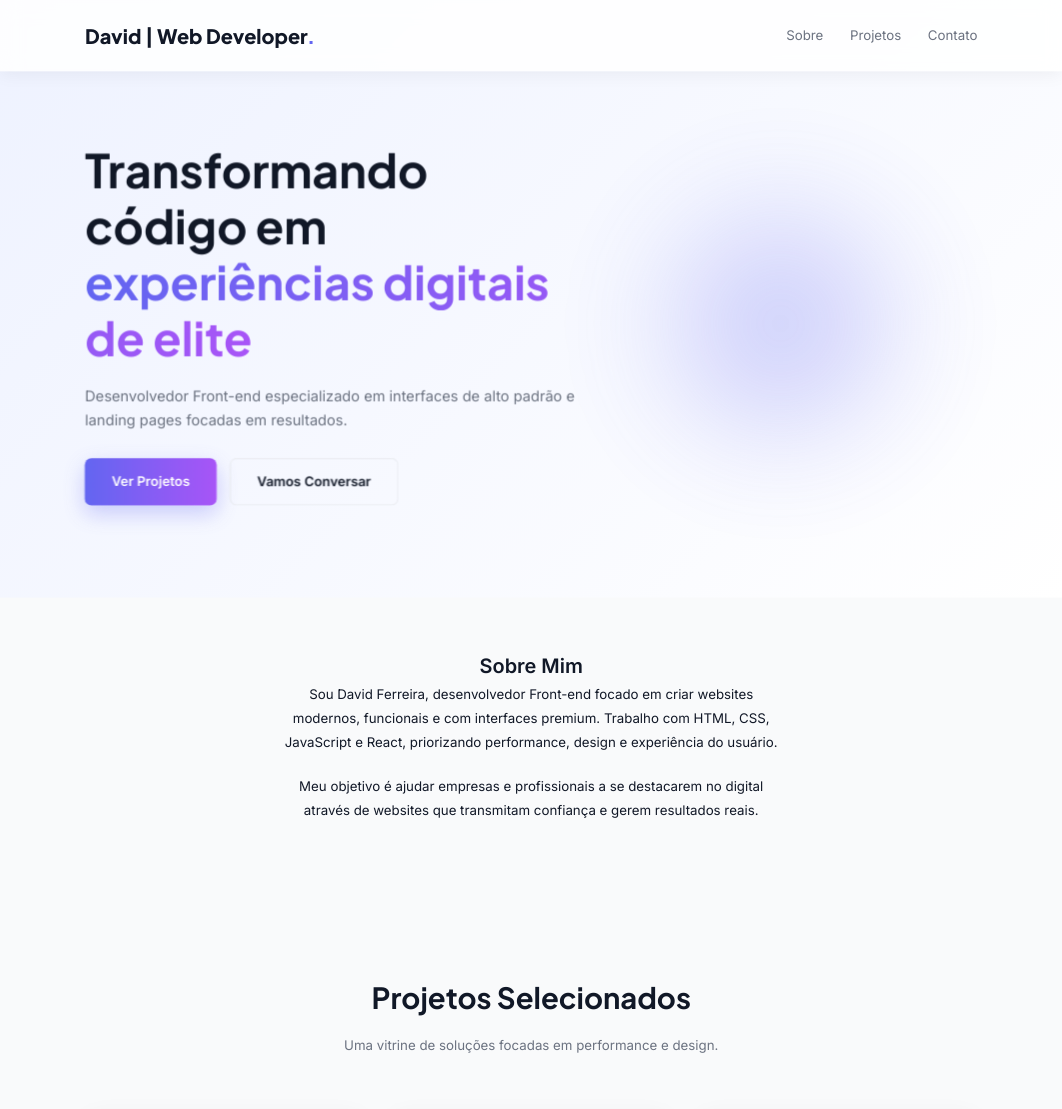
Repository: davidfsillva/David_Ferreira
Page: index.html
An editor plug-in stored every save of this project. The page is shown before and after the next save, followed by the edit.
The browser window is 1280 px wide. The pictures show the part of the page from y = 0 to 1336 px (the page is 2662 px tall before and 2742 px after), at 83% of full size.
Pictures or frames that could not be fetched are drawn as grey boxes.

Above is the page before, as saved 2026-02-11 11:58:27.
Console error: TypeError: Cannot read properties of null (reading 'addEventListener')

### index.html
<!DOCTYPE html>
<html lang="pt-BR">
<head>
    <meta charset="UTF-8">
    <meta name="viewport" content="width=device-width, initial-scale=1.0">

    <title>David Ferreira | Desenvolvedor Front-end & UI Designer Premium</title>

    <!-- SEO Primário -->
    <meta name="description" content="David Ferreira é desenvolvedor front-end especializado em interfaces premium, landing pages de alta conversão e experiências digitais modernas.">
    <meta name="keywords" content="Desenvolvedor Front-end, Web Designer, UI Designer, Landing Page, Desenvolvimento Web, Freelancer Brasil">
    <meta name="author" content="David Ferreira">
    <meta name="robots" content="index, follow">
    <link rel="canonical" href="https://seudominio.com/">

    <!-- Open Graph (Facebook, LinkedIn) -->
    <meta property="og:title" content="David Ferreira | Desenvolvedor Front-end Premium">
    <meta property="og:description" content="Interfaces digitais de alto padrão, focadas em performance e conversão.">
    <meta property="og:image" content="https://seudominio.com/preview.jpg">
    <meta property="og:url" content="https://seudominio.com/">
    <meta property="og:type" content="website">

    <!-- Twitter Card -->
    <meta name="twitter:card" content="summary_large_image">
    <meta name="twitter:title" content="David Ferreira | Web Developer">
    <meta name="twitter:description" content="Desenvolvimento web premium focado em performance e design moderno.">
    <meta name="twitter:image" content="https://seudominio.com/preview.jpg">

    <!-- Favicon -->
    <link rel="icon" href="favicon.ico" type="image/x-icon">

    <!-- Fonts -->
    <link href="https://fonts.googleapis.com/css2?family=Inter:wght@300;400;600&family=Plus+Jakarta+Sans:wght@700;800&display=swap" rel="stylesheet">

    <link rel="stylesheet" href="style.css">
</head>


<body>

    <!-- NAVBAR -->
    <nav class="navbar">
        <div class="logo">David | Web Developer<span>.</span></div>
        <ul class="nav-links">
            <li><a href="#about">Sobre</a></li>
            <li><a href="#portfolio">Projetos</a></li>
            <li><a href="#contact" class="btn-sm">Contato</a></li>
        </ul>
    </nav>

    <!-- HERO -->
    <section class="hero">
        <div class="hero-content">
            <h1>Transformando código em <span>experiências digitais de elite</span></h1>
            <p>Desenvolvedor Front-end especializado em interfaces de alto padrão e landing pages focadas em resultados.</p>
            <div class="hero-btns">
                <a href="#portfolio" class="btn-primary">Ver Projetos</a>
                <a href="#contact" class="btn-secondary">Vamos Conversar</a>
            </div>
        </div>
        <div class="hero-visual">
            <div class="hero-glow"></div>
        </div>
    </section>

    <!-- SOBRE -->
    <section id="about" class="section">
        <h2>Sobre Mim</h2>
        <p>Sou David Ferreira, desenvolvedor Front-end focado em criar websites modernos, funcionais e com interfaces premium. Trabalho com HTML, CSS, JavaScript e React, priorizando performance, design e experiência do usuário.</p>
        <p>Meu objetivo é ajudar empresas e profissionais a se destacarem no digital através de websites que transmitam confiança e gerem resultados reais.</p>
    </section>

    <!-- PORTFÓLIO -->
    <section id="portfolio" class="portfolio">
        <div class="section-header">
            <h2>Projetos Selecionados</h2>
            <p>Uma vitrine de soluções focadas em performance e design.</p>
        </div>
        <div class="portfolio-grid">
            <!-- Projeto 1 -->
            <a href="https://davidfsillva.github.io/Alex-Carter/" target="_blank" class="project-link">
                <div class="project-card">
                    <div class="card-image">
                        <img src="img/alex.png" alt="Projeto Alex Carter">
                        <div class="card-overlay"><span>Ver Detalhes</span></div>
                    </div>
                    <div class="card-info">
                        <h3>Alex Carter | Landing Page</h3>
                        <p>Website de personal branding para atleta profissional.</p>
                    </div>
                </div>
            </a>

            <!-- Projeto 2 -->
            <a href="https://davidfsillva.github.io/e-hammershark/" target="_blank" class="project-link">
                <div class="project-card">
                    <div class="card-image">
                        <img src="img/ecomerce.png" alt="Projeto Hammershark">
                        <div class="card-overlay"><span>Ver Detalhes</span></div>
                    </div>
                    <div class="card-info">
                        <h3>Hammershark | E-commerce</h3>
                        <p>E-commerce de moda fitness, focado em branding e experiência de compra.</p>
                    </div>
                </div>
            </a>

            <!-- Projeto 3 -->
            <a href="https://davidfsillva.github.io/landing-page/" target="_blank" class="project-link">
                <div class="project-card">
                    <div class="card-image">
                        <img src="img/landingpage.png" alt="Projeto Landing Page">
                        <div class="card-overlay"><span>Ver Detalhes</span></div>
                    </div>
                    <div class="card-info">
                        <h3>Lucas Andrade | Landing Page</h3>
                        <p>Landing page estratégica para geração de leads e conversão.</p>
                    </div>
                </div>
            </a>

            <!-- Projeto 4 -->
            <a href="https://davidfsillva.github.io/beatriz-almeida-adv/" target="_blank" class="project-link">
                <div class="project-card">
                    <div class="card-image">
                        <img src="img/adv.png" alt="Projeto Beatriz Almeida Advogados">
                        <div class="card-overlay"><span>Ver Detalhes</span></div>
                    </div>
                    <div class="card-info">
                        <h3>Beatriz Almeida Advogados | Website Institucional</h3>
                        <p>Website institucional transmitindo autoridade e confiança.</p>
                    </div>
                </div>
            </a>
        </div>
    </section>

    <!-- CTA / CONTATO -->
    <section id="contact" class="cta-section">
        <h2>Pronto para elevar seu nível digital?</h2>
        <p>Vamos transformar sua ideia em uma interface de classe mundial.</p>
        <a href="https://wa.me/5599999999999" target="_blank" class="btn-whatsapp">Iniciar Conversa no WhatsApp</a>
    </section>

    <!-- FOOTER -->
    <footer>
        <div class="footer-content">
            <p>&copy; 2026 David Ferreira. Todos os direitos reservados.</p>
            <div class="social-links">
                <a href="#" target="_blank">Instagram</a>
                <a href="#" target="_blank">LinkedIn</a>
                <a href="#" target="_blank">GitHub</a>
            </div>
        </div>
    </footer>

    <script src="scripts.js"></script>
</body>
</html>
</html>

### style.css
:root {
  --primary: #6366f1;
  --primary-light: #818cf8;
  --accent: #a855f7;
  --text-dark: #111827;
  --text-light: #6b7280;
  --bg-light: #f9fafb;
  --white: #ffffff;
  --transition: all 0.3s ease;
}

/* RESET */
* {
  margin: 0;
  padding: 0;
  box-sizing: border-box;
}

html {
  scroll-behavior: smooth;
}

body {
  font-family: 'Inter', sans-serif;
  background: var(--bg-light);
  color: var(--text-dark);
  line-height: 1.6;
  animation: fadePage 0.8s ease-in-out;
}

@keyframes fadePage {
  from { opacity: 0; transform: translateY(10px); }
  to { opacity: 1; transform: translateY(0); }
}

/* NAVBAR */
.navbar {
  position: fixed;
  width: 100%;
  top: 0;
  padding: 1.5rem 8%;
  display: flex;
  justify-content: space-between;
  align-items: center;
  background: rgba(255,255,255,0.85);
  backdrop-filter: blur(12px);
  box-shadow: 0 4px 20px rgba(0,0,0,0.05);
  z-index: 1000;
  transition: var(--transition);
}

.logo {
  font-family: 'Plus Jakarta Sans', sans-serif;
  font-weight: 800;
  font-size: 1.5rem;
}

.logo span {
  color: var(--primary);
}

.nav-links {
  display: flex;
  list-style: none;
  gap: 2rem;
}

.nav-links a {
  text-decoration: none;
  color: var(--text-light);
  font-weight: 500;
  transition: var(--transition);
}

.nav-links a:hover {
  color: var(--primary);
  transform: translateY(-2px);
}

/* HERO */
.hero {
  min-height: 100vh;
  padding: 120px 8% 60px;
  display: flex;
  align-items: center;
  justify-content: space-between;
  background: linear-gradient(135deg, #eef2ff, #ffffff);
  flex-wrap: wrap;
}

.hero-content {
  max-width: 600px;
  animation: heroFade 1s ease 0.2s both;
}

@keyframes heroFade {
  from { opacity: 0; transform: translateY(40px); }
  to { opacity: 1; transform: translateY(0); }
}

.badge {
  display: inline-block;
  padding: 0.5rem 1rem;
  background: rgba(99,102,241,0.1);
  color: var(--primary);
  border-radius: 20px;
  font-size: 0.8rem;
  font-weight: 600;
  margin-bottom: 1.5rem;
}

.hero h1 {
  font-family: 'Plus Jakarta Sans', sans-serif;
  font-size: clamp(2rem, 5vw, 3.5rem);
  line-height: 1.2;
  margin-bottom: 1.5rem;
}

.hero h1 span {
  background: linear-gradient(90deg, var(--primary), var(--accent));
  -webkit-background-clip: text;
  -webkit-text-fill-color: transparent;
}

.hero p {
  font-size: 1.1rem;
  color: var(--text-light);
  margin-bottom: 2rem;
}

/* BUTTONS */
.btn-primary,
.btn-secondary,
.btn-whatsapp {
  display: inline-block;
  padding: 0.9rem 2rem;
  border-radius: 8px;
  text-decoration: none;
  font-weight: 600;
  transition: all 0.3s ease;
  position: relative;
  overflow: hidden;
}

.btn-primary {
  background: linear-gradient(90deg, var(--primary), var(--accent));
  color: white;
  box-shadow: 0 10px 25px rgba(99,102,241,0.3);
}

.btn-primary:hover {
  transform: translateY(-4px) scale(1.03);
}

.btn-primary:active {
  transform: scale(0.96);
}

.btn-primary::after {
  content: "";
  position: absolute;
  width: 200%;
  height: 200%;
  background: radial-gradient(circle, rgba(255,255,255,0.4), transparent 60%);
  top: -50%;
  left: -50%;
  opacity: 0;
  transition: opacity 0.4s ease;
}

.btn-primary:hover::after {
  opacity: 1;
}

.btn-secondary {
  border: 1px solid #e5e7eb;
  color: var(--text-dark);
  margin-left: 1rem;
}

.btn-secondary:hover {
  background: #f3f4f6;
  transform: translateY(-4px);
}

.btn-secondary:active {
  transform: scale(0.96);
}

.btn-whatsapp {
  background: #25d366;
  color: white;
}

.btn-whatsapp:hover {
  transform: translateY(-4px) scale(1.03);
}

.btn-whatsapp:active {
  transform: scale(0.96);
}

.hero-btns {
  display: flex;
  flex-wrap: wrap;
}

#about {
  text-align: center;       /* centraliza o texto */
  max-width: 800px;         /* opcional: limita a largura para não ficar muito espalhado */
  margin: 0 auto;           /* centraliza horizontalmente a seção */
  padding: 4rem 8%;         /* mantém espaçamento vertical e horizontal */
}

#about p {
  margin-bottom: 1.5rem;   /* espaçamento entre parágrafos */
  line-height: 1.8;        /* deixa a leitura mais confortável */
}


/* HERO VISUAL */
.hero-visual {
  flex: 1;
  min-height: 400px;
  display: flex;
  justify-content: center;
  align-items: center;
}

.hero-glow {
  width: 350px;
  height: 350px;
  background: radial-gradient(circle, rgba(99,102,241,0.4), transparent 70%);
  border-radius: 50%;
  filter: blur(60px);
  animation: pulseGlow 4s infinite ease-in-out;
}

@keyframes pulseGlow {
  0% { transform: scale(1); opacity: 0.7; }
  50% { transform: scale(1.1); opacity: 1; }
  100% { transform: scale(1); opacity: 0.7; }
}

/* PORTFOLIO */
.portfolio {
  padding: 6rem 8%;
}

.section-header {
  text-align: center;
  margin-bottom: 4rem;
}

.section-header h2 {
  font-family: 'Plus Jakarta Sans', sans-serif;
  font-size: 2.2rem;
  margin-bottom: 1rem;
}

.section-header p {
  color: var(--text-light);
}

.portfolio-grid {
  display: grid;
  grid-template-columns: repeat(auto-fit, minmax(280px, 1fr));
  gap: 2rem;
}

.project-card {
  background: var(--white);
  border-radius: 16px;
  overflow: hidden;
  box-shadow: 0 10px 30px rgba(0,0,0,0.06);
  cursor: pointer;
  transition: transform 0.4s ease, box-shadow 0.4s ease;
  will-change: transform;
}

.project-card:hover {
  transform: translateY(-12px) scale(1.03);
  box-shadow: 0 25px 50px rgba(99,102,241,0.2);
}

.card-image {
  position: relative;
  overflow: hidden;
}

.card-image img {
  width: 100%;
  height: 220px;
  object-fit: cover;
  display: block;
  transition: transform 0.6s ease;
}

.project-card:hover .card-image img {
  transform: scale(1.08);
}

.card-overlay {
  position: absolute;
  inset: 0;
  background: rgba(99,102,241,0.8);
  display: flex;
  justify-content: center;
  align-items: center;
  color: white;
  font-weight: 600;
  opacity: 0;
  transition: opacity 0.4s ease;
}

.project-card:hover .card-overlay {
  opacity: 1;
}

.card-info {
  padding: 1.5rem;
}

.card-info h3 {
  margin-bottom: 0.5rem;
}

.card-info p {
  color: var(--text-light);
}

.project-link {
  text-decoration: none;
  color: inherit;
  display: block;
}


/* CTA */
.cta-section {
  padding: 5rem 8%;
  text-align: center;
  background: linear-gradient(135deg, #eef2ff, #ffffff);
}

/* FOOTER */
footer {
  padding: 2rem 8%;
  background: var(--white);
  border-top: 1px solid #e5e7eb;
}

.footer-content {
  display: flex;
  justify-content: space-between;
  flex-wrap: wrap;
  gap: 1rem;
}

.social-links a {
  text-decoration: none;
  margin-left: 1rem;
  color: var(--text-light);
  transition: var(--transition);
}

.social-links a:hover {
  color: var(--primary);
  transform: translateY(-2px);
}

.cta-section p {
  color: var(--text-light);
  margin-bottom: 2.5rem; /* aumenta espaço abaixo do texto */
}

.btn-whatsapp {
  display: inline-block;
  background: #25d366;
  color: white;
  padding: 1rem 2rem;
  border-radius: 8px;
  text-decoration: none;
  font-weight: 600;
  transition: var(--transition);
  margin-top: 0.5rem; /* pequeno respiro extra */
}


/* MODAL */
.modal-overlay {
  position: fixed;
  inset: 0;
  background: rgba(0,0,0,0.6);
  display: none;
  justify-content: center;
  align-items: center;
  padding: 2rem;
  z-index: 2000;
}

.modal-content {
  background: white;
  width: 100%;
  max-width: 900px;
  border-radius: 20px;
  overflow: hidden;
  animation: modalZoom 0.4s cubic-bezier(.23,1,.32,1);
  position: relative;
}

@keyframes modalZoom {
  from { opacity: 0; transform: scale(0.85) translateY(20px); }
  to { opacity: 1; transform: scale(1) translateY(0); }
}

.modal-body {
  display: grid;
  grid-template-columns: 1fr 1fr;
}

.modal-img {
  min-height: 300px;
  background-size: cover !important;
}

.modal-text {
  padding: 2rem;
}

.close-modal {
  position: absolute;
  top: 20px;
  right: 25px;
  background: none;
  border: none;
  font-size: 2rem;
  cursor: pointer;
  transition: transform 0.3s ease;
}

.close-modal:hover {
  transform: rotate(90deg);
}

/* RESPONSIVO */
@media (max-width: 900px) {
  .hero {
    flex-direction: column;
    text-align: center;
  }

  .hero-visual {
    margin-top: 3rem;
  }

  .modal-body {
    grid-template-columns: 1fr;
  }
}

@media (max-width: 600px) {
  .navbar {
    padding: 1rem 5%;
  }

  .nav-links {
    display: none;
  }

  .hero {
    padding: 100px 5% 60px;
  }

  .portfolio {
    padding: 4rem 5%;
  }

  .cta-section {
    padding: 4rem 5%;
  }

  footer {
    padding: 2rem 5%;
  }

  .footer-content {
    flex-direction: column;
    text-align: center;
  }

  .social-links a {
    margin: 0 0.5rem;
  }
}

### scripts.js
// =============================
// NAVBAR SCROLL EFFECT
// =============================
const navbar = document.querySelector(".navbar");

window.addEventListener("scroll", () => {
  if (window.scrollY > 50) {
    navbar.style.padding = "1rem 8%";
    navbar.style.boxShadow = "0 8px 25px rgba(0,0,0,0.08)";
  } else {
    navbar.style.padding = "1.5rem 8%";
    navbar.style.boxShadow = "0 4px 20px rgba(0,0,0,0.05)";
  }
});

// =============================
// MODAL FUNCTIONALITY
// =============================
const modal = document.querySelector(".modal-overlay");
const modalImg = document.querySelector(".modal-img");
const modalTitle = document.querySelector(".modal-text h3");
const modalDesc = document.querySelector(".modal-text p");
const closeModal = document.querySelector(".close-modal");

const projectCards = document.querySelectorAll(".project-card");

projectCards.forEach(card => {
  card.addEventListener("click", () => {
    const title = card.querySelector("h3").innerText;
    const desc = card.querySelector("p").innerText;
    const img = card.querySelector("img").src;

    modalTitle.innerText = title;
    modalDesc.innerText = desc;
    modalImg.style.backgroundImage = `url(${img})`;

    modal.style.display = "flex";
    document.body.style.overflow = "hidden";
  });
});

// Fechar modal
closeModal.addEventListener("click", () => {
  modal.style.display = "none";
  document.body.style.overflow = "auto";
});

// Fechar clicando fora
modal.addEventListener("click", (e) => {
  if (e.target === modal) {
    modal.style.display = "none";
    document.body.style.overflow = "auto";
  }
});

// Fechar com ESC
document.addEventListener("keydown", (e) => {
  if (e.key === "Escape") {
    modal.style.display = "none";
    document.body.style.overflow = "auto";
  }
});

// =============================
// SCROLL REVEAL ANIMATION
// =============================
const revealElements = document.querySelectorAll(
  ".hero-content, .project-card, .section-header, .cta-section"
);

const observer = new IntersectionObserver(
  (entries) => {
    entries.forEach(entry => {
      if (entry.isIntersecting) {
        entry.target.style.opacity = "1";
        entry.target.style.transform = "translateY(0)";
      }
    });
  },
  { threshold: 0.2 }
);

revealElements.forEach(el => {
  el.style.opacity = "0";
  el.style.transform = "translateY(40px)";
  el.style.transition = "all 0.8s ease";
  observer.observe(el);
});

// =============================
// BUTTON MICRO INTERACTION
// =============================
const buttons = document.querySelectorAll(".btn-primary, .btn-secondary, .btn-whatsapp");

buttons.forEach(btn => {
  btn.addEventListener("mouseenter", () => {
    btn.style.transform = "scale(1.05)";
  });

  btn.addEventListener("mouseleave", () => {
    btn.style.transform = "scale(1)";
  });
});

After the next save:
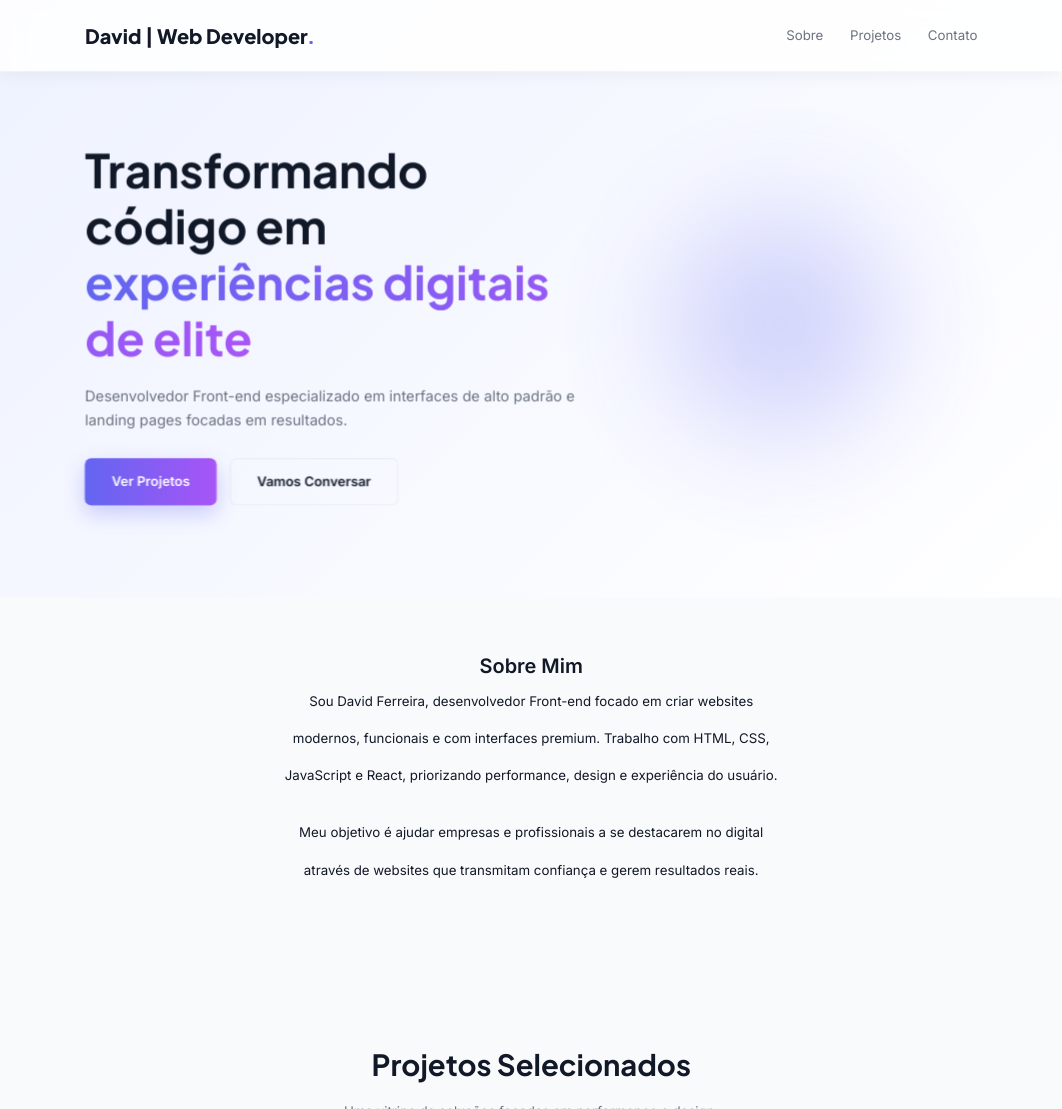
Saved 6 s later.
--- a/style.css
+++ b/style.css
@@ -214,7 +214,7 @@ body {
 
 #about p {
   margin-bottom: 1.5rem;   /* espaçamento entre parágrafos */
-  line-height: 1.8;        /* deixa a leitura mais confortável */
+  line-height: 2.8;        /* deixa a leitura mais confortável */
 }
 
 
